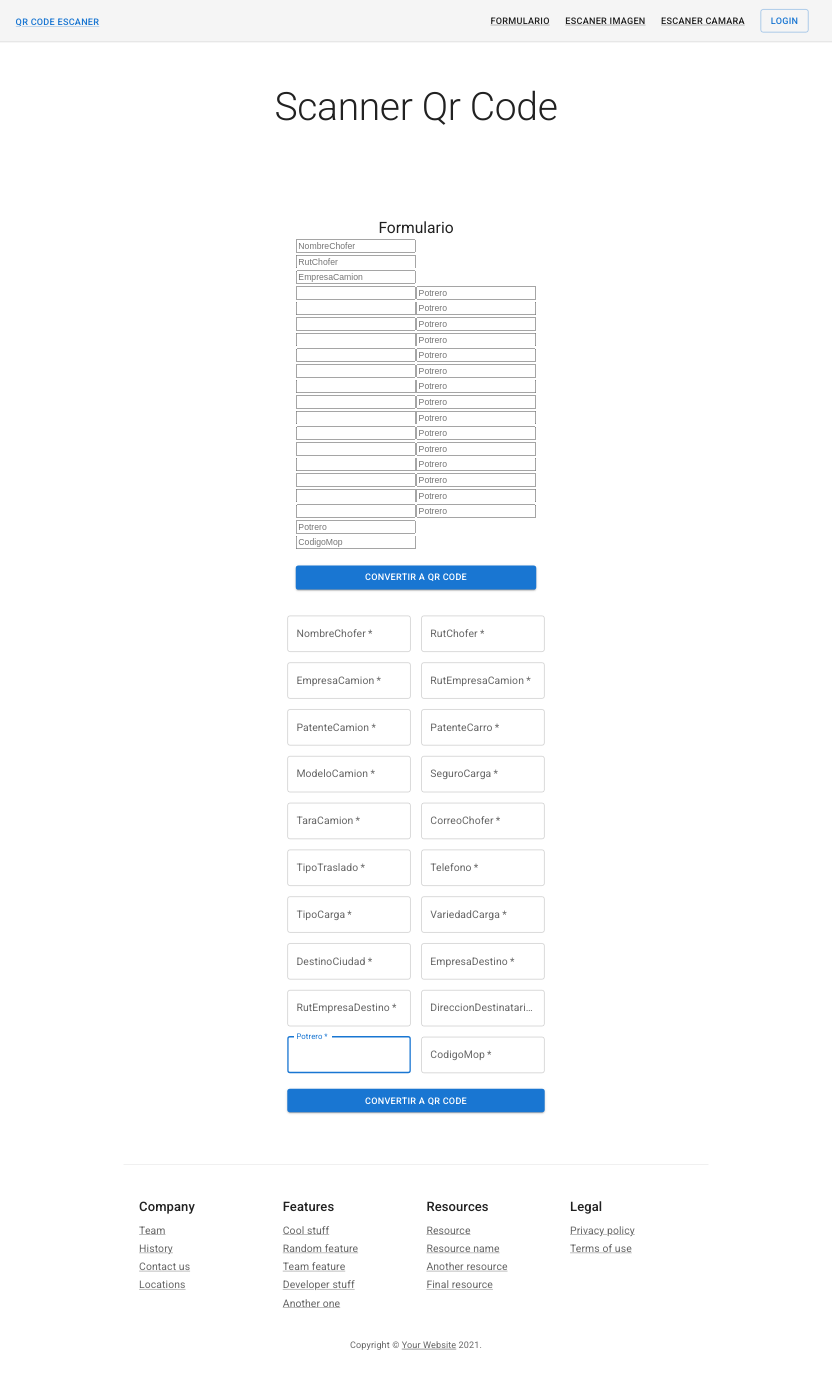
Repository: FlamesAlejandro/QrCodeForm
Page: /form
An editor plug-in stored every save of this project. The page is shown before and after a run of saves, followed by the edit.
The browser window is 1280 px wide. The pictures show the whole page, at 65% of full size.
The project was rebuilt for these pictures with package versions that can differ from the ones it lists, and the page was loaded fresh each time. Also part of the build but not shown: src/App.css, src/components/pages/ImagenEscaner.js, src/components/pages/CamaraEscaner.js, src/components/pages/Home.js.

Above is the page before, as saved 2021-10-24 07:52:10.

### src/App.js
import './App.css';
import { AppRouter } from './routers/AppRouter';

function App() {
  return (
    <>
      <AppRouter />
    </>
  );
}

export default App;

### src/components/ui/MainFooter.js
import React from 'react'
import Grid from '@mui/material/Grid';
import Typography from '@mui/material/Typography';
import Link from '@mui/material/Link';

function Copyright(props) {
    return (
      <Typography variant="body2" color="text.secondary" align="center" {...props}>
        {'Copyright © '}
        <Link color="inherit" href="https://mui.com/">
          Your Website
        </Link>{' '}
        {new Date().getFullYear()}
        {'.'}
      </Typography>
    );
  }

  const footers = [
    {
      title: 'Company',
      description: ['Team', 'History', 'Contact us', 'Locations'],
    },
    {
      title: 'Features',
      description: [
        'Cool stuff',
        'Random feature',
        'Team feature',
        'Developer stuff',
        'Another one',
      ],
    },
    {
      title: 'Resources',
      description: ['Resource', 'Resource name', 'Another resource', 'Final resource'],
    },
    {
      title: 'Legal',
      description: ['Privacy policy', 'Terms of use'],
    },
  ];

export const MainFooter = () => {

    return (
        <>
            <Grid container spacing={4} justifyContent="space-evenly">
                {footers.map((footer) => (
                    <Grid item xs={6} sm={3} key={footer.title}>
                    <Typography variant="h6" color="text.primary" gutterBottom>
                        {footer.title}
                    </Typography>
                    <ul>
                        {footer.description.map((item) => (
                        <li key={item}>
                            <Link href="#" variant="subtitle1" color="text.secondary">
                            {item}
                            </Link>
                        </li>
                        ))}
                    </ul>
                    </Grid>
                ))}
            </Grid>
            <Copyright sx={{ mt: 5 }} />
        </>
    )
}

### src/components/pages/Form.js
import React, { useState } from 'react'
import Button from '@mui/material/Button';
import CssBaseline from '@mui/material/CssBaseline';
import TextField from '@mui/material/TextField';
import Grid from '@mui/material/Grid';
import Box from '@mui/material/Box';
import Typography from '@mui/material/Typography';
import Container from '@mui/material/Container';
import QRCode from 'qrcode';
import { useForm } from "react-hook-form";

export const Form = () => {

    const [imgUrl, setImgUrl] = useState('');

    const { register, handleSubmit, formState: { errors } } = useForm();
    const onSubmit = data => console.log(data);
    console.log(errors);

    const generarQrCode = async(event) => {
        try {
            event.preventDefault();
            const data = new FormData(event.currentTarget);
            const response = await QRCode.toDataURL(data);
            setImgUrl(response);

        } catch (error) {
          console.log(error);
        }
    }

    return (
        <>
            <Container component="main" maxWidth="xs">
                <CssBaseline />
                <Box
                sx={{
                    marginTop: 8,
                    display: 'flex',
                    flexDirection: 'column',
                    alignItems: 'center',
                }}
                >
                <Typography component="h1" variant="h5">
                    Formulario
                </Typography>

                <form onSubmit={handleSubmit(onSubmit)}>
                <Grid item xs={12} sm={6}>
                        <input type="text" placeholder="NombreChofer" {...register("NombreChofer", {})} />
                    </Grid>
                    <Grid item xs={12} sm={6}>
                        <input type="text" placeholder="RutChofer" {...register("RutChofer", {})} />
                    </Grid>
                    <Grid item xs={12} sm={6}>
                        <input type="text" placeholder="EmpresaCamion" {...register("EmpresaCamion", {})} />
                    </Grid>
                    <Grid item xs={12} sm={6}>
                        <input
                        required
                        fullWidth
                        id="RutEmpresaCamion"
                        label="RutEmpresaCamion"
                        name="RutEmpresaCamion"
                        autoComplete="RutEmpresaCamion"
                        />
                        <input type="text" placeholder="Potrero" {...register("Potrero", {})} />
                    </Grid>
                    <Grid item xs={12} sm={6}>
                        <input
                        autoComplete="PatenteCamion"
                        name="PatenteCamion"
                        required
                        fullWidth
                        id="PatenteCamion"
                        label="PatenteCamion"
                        autoFocus
                        />
                        <input type="text" placeholder="Potrero" {...register("Potrero", {})} />
                    </Grid>
                    <Grid item xs={12} sm={6}>
                        <input
                        required
                        fullWidth
                        id="PatenteCarro"
                        label="PatenteCarro"
                        name="PatenteCarro"
                        autoComplete="PatenteCarro"
                        />
                        <input type="text" placeholder="Potrero" {...register("Potrero", {})} />
                    </Grid>
                    <Grid item xs={12} sm={6}>
                        <input
                        autoComplete="ModeloCamion"
                        name="ModeloCamion"
                        required
                        fullWidth
                        id="ModeloCamion"
                        label="ModeloCamion"
                        autoFocus
                        />
                        <input type="text" placeholder="Potrero" {...register("Potrero", {})} />
                    </Grid>
                    <Grid item xs={12} sm={6}>
                        <input
                        required
                        fullWidth
                        id="SeguroCarga"
                        label="SeguroCarga"
                        name="SeguroCarga"
                        autoComplete="SeguroCarga"
                        />
                        <input type="text" placeholder="Potrero" {...register("Potrero", {})} />
                    </Grid>
                    <Grid item xs={12} sm={6}>
                        <input
                        autoComplete="TaraCamion"
                        name="TaraCamion"
                        required
                        fullWidth
                        id="TaraCamion"
                        label="TaraCamion"
                        autoFocus
                        />
                        <input type="text" placeholder="Potrero" {...register("Potrero", {})} />
                    </Grid>
                    <Grid item xs={12} sm={6}>
                        <input
                        required
                        fullWidth
                        id="CorreoChofer"
                        label="CorreoChofer"
                        name="CorreoChofer"
                        autoComplete="CorreoChofer"
                        />
                        <input type="text" placeholder="Potrero" {...register("Potrero", {})} />
                    </Grid>
                    <Grid item xs={12} sm={6}>
                        <input
                        autoComplete="TipoTraslado"
                        name="TipoTraslado"
                        required
                        fullWidth
                        id="TipoTraslado"
                        label="TipoTraslado"
                        autoFocus
                        />
                        <input type="text" placeholder="Potrero" {...register("Potrero", {})} />
                    </Grid>
                    <Grid item xs={12} sm={6}>
                        <input
                        required
                        fullWidth
                        id="Telefono"
                        label="Telefono"
                        name="Telefono"
                        autoComplete="Telefono"
                        />
                        <input type="text" placeholder="Potrero" {...register("Potrero", {})} />
                    </Grid>
                    <Grid item xs={12} sm={6}>
                        <input
                        autoComplete="TipoCarga"
                        name="TipoCarga"
                        required
                        fullWidth
                        id="TipoCarga"
                        label="TipoCarga"
                        autoFocus
                        />
                        <input type="text" placeholder="Potrero" {...register("Potrero", {})} />
                    </Grid>
                    <Grid item xs={12} sm={6}>
                        <input
                        required
                        fullWidth
                        id="VariedadCarga"
                        label="VariedadCarga"
                        name="VariedadCarga"
                        autoComplete="VariedadCarga"
                        />
                        <input type="text" placeholder="Potrero" {...register("Potrero", {})} />
                    </Grid>
                    <Grid item xs={12} sm={6}>
                        <input
                        autoComplete="DestinoCiudad"
                        name="DestinoCiudad"
                        required
                        fullWidth
                        id="DestinoCiudad"
                        label="DestinoCiudad"
                        autoFocus
                        />
                        <input type="text" placeholder="Potrero" {...register("Potrero", {})} />
                    </Grid>
                    <Grid item xs={12} sm={6}>
                        <input
                        required
                        fullWidth
                        id="EmpresaDestino"
                        label="EmpresaDestino"
                        name="EmpresaDestino"
                        autoComplete="EmpresaDestino"
                        />
                        <input type="text" placeholder="Potrero" {...register("Potrero", {})} />
                    </Grid>
                    <Grid item xs={12} sm={6}>
                        <input
                        autoComplete="RutEmpresaDestino"
                        name="RutEmpresaDestino"
                        required
                        fullWidth
                        id="RutEmpresaDestino"
                        label="RutEmpresaDestino"
                        autoFocus
                        />
                        <input type="text" placeholder="Potrero" {...register("Potrero", {})} />
                    </Grid>
                    <Grid item xs={12} sm={6}>
                        <input
                        required
                        fullWidth
                        id="DireccionDestinatario"
                        label="DireccionDestinatario"
                        name="DireccionDestinatario"
                        autoComplete="DireccionDestinatario"
                        />
                        <input type="text" placeholder="Potrero" {...register("Potrero", {})} />
                    </Grid>
                    <Grid item xs={12} sm={6}>
                        <input type="text" placeholder="Potrero" {...register("Potrero", {})} />
                    </Grid>
                    <Grid item xs={12} sm={6}>
                        <input type="text" placeholder="CodigoMop" {...register("CodigoMop", {})} />
                    </Grid>
                    <Button
                        type="submit"
                        fullWidth
                        variant="contained"
                        sx={{ mt: 3, mb: 2 }}
                    >
                    Convertir a QR CODE
                    </Button>
                </form>

                <Box component="form" noValidate onSubmit={generarQrCode} sx={{ mt: 3 }}>
                    <Grid container spacing={2}>
                    <Grid item xs={12} sm={6}>
                        <TextField
                        autoComplete="NombreChofer"
                        name="NombreChofer"
                        required
                        fullWidth
                        id="NombreChofer"
                        label="NombreChofer"
                        autoFocus
                        />
                    </Grid>
                    <Grid item xs={12} sm={6}>
                        <TextField
                        required
                        fullWidth
                        id="RutChofer"
                        label="RutChofer"
                        name="RutChofer"
                        autoComplete="RutChofer"
                        />
                    </Grid>
                    <Grid item xs={12} sm={6}>
                        <TextField
                        autoComplete="EmpresaCamion"
                        name="EmpresaCamion"
                        required
                        fullWidth
                        id="EmpresaCamion"
                        label="EmpresaCamion"
                        autoFocus
                        />
                    </Grid>
                    <Grid item xs={12} sm={6}>
                        <TextField
                        required
                        fullWidth
                        id="RutEmpresaCamion"
                        label="RutEmpresaCamion"
                        name="RutEmpresaCamion"
                        autoComplete="RutEmpresaCamion"
                        />
                    </Grid>
                    <Grid item xs={12} sm={6}>
                        <TextField
                        autoComplete="PatenteCamion"
                        name="PatenteCamion"
                        required
                        fullWidth
                        id="PatenteCamion"
                        label="PatenteCamion"
                        autoFocus
                        />
                    </Grid>
                    <Grid item xs={12} sm={6}>
                        <TextField
                        required
                        fullWidth
                        id="PatenteCarro"
                        label="PatenteCarro"
                        name="PatenteCarro"
                        autoComplete="PatenteCarro"
                        />
                    </Grid>
                    <Grid item xs={12} sm={6}>
                        <TextField
                        autoComplete="ModeloCamion"
                        name="ModeloCamion"
                        required
                        fullWidth
                        id="ModeloCamion"
                        label="ModeloCamion"
                        autoFocus
                        />
                    </Grid>
                    <Grid item xs={12} sm={6}>
                        <TextField
                        required
                        fullWidth
                        id="SeguroCarga"
                        label="SeguroCarga"
                        name="SeguroCarga"
                        autoComplete="SeguroCarga"
                        />
                    </Grid>
                    <Grid item xs={12} sm={6}>
                        <TextField
                        autoComplete="TaraCamion"
                        name="TaraCamion"
                        required
                        fullWidth
                        id="TaraCamion"
                        label="TaraCamion"
                        autoFocus
                        />
                    </Grid>
                    <Grid item xs={12} sm={6}>
                        <TextField
                        required
                        fullWidth
                        id="CorreoChofer"
                        label="CorreoChofer"
                        name="CorreoChofer"
                        autoComplete="CorreoChofer"
                        />
                    </Grid>
                    <Grid item xs={12} sm={6}>
                        <TextField
                        autoComplete="TipoTraslado"
                        name="TipoTraslado"
                        required
                        fullWidth
                        id="TipoTraslado"
                        label="TipoTraslado"
                        autoFocus
                        />
                    </Grid>
                    <Grid item xs={12} sm={6}>
                        <TextField
                        required
                        fullWidth
                        id="Telefono"
                        label="Telefono"
                        name="Telefono"
                        autoComplete="Telefono"
                        />
                    </Grid>
                    <Grid item xs={12} sm={6}>
                        <TextField
                        autoComplete="TipoCarga"
                        name="TipoCarga"
                        required
                        fullWidth
                        id="TipoCarga"
                        label="TipoCarga"
                        autoFocus
                        />
                    </Grid>
                    <Grid item xs={12} sm={6}>
                        <TextField
                        required
                        fullWidth
                        id="VariedadCarga"
                        label="VariedadCarga"
                        name="VariedadCarga"
                        autoComplete="VariedadCarga"
                        />
                    </Grid>
                    <Grid item xs={12} sm={6}>
                        <TextField
                        autoComplete="DestinoCiudad"
                        name="DestinoCiudad"
                        required
                        fullWidth
                        id="DestinoCiudad"
                        label="DestinoCiudad"
                        autoFocus
                        />
                    </Grid>
                    <Grid item xs={12} sm={6}>
                        <TextField
                        required
                        fullWidth
                        id="EmpresaDestino"
                        label="EmpresaDestino"
                        name="EmpresaDestino"
                        autoComplete="EmpresaDestino"
                        />
                    </Grid>
                    <Grid item xs={12} sm={6}>
                        <TextField
                        autoComplete="RutEmpresaDestino"
                        name="RutEmpresaDestino"
                        required
                        fullWidth
                        id="RutEmpresaDestino"
                        label="RutEmpresaDestino"
                        autoFocus
                        />
                    </Grid>
                    <Grid item xs={12} sm={6}>
                        <TextField
                        required
                        fullWidth
                        id="DireccionDestinatario"
                        label="DireccionDestinatario"
                        name="DireccionDestinatario"
                        autoComplete="DireccionDestinatario"
                        />
                    </Grid>
                    <Grid item xs={12} sm={6}>
                        <TextField
                        autoComplete="Potrero"
                        name="Potrero"
                        required
                        fullWidth
                        id="Potrero"
                        label="Potrero"
                        autoFocus
                        />
                    </Grid>
                    <Grid item xs={12} sm={6}>
                        <TextField
                        required
                        fullWidth
                        id="CodigoMop"
                        label="CodigoMop"
                        name="CodigoMop"
                        autoComplete="CodigoMop"
                        />
                    </Grid>
                    </Grid>
                    <Button
                        type="submit"
                        fullWidth
                        variant="contained"
                        sx={{ mt: 3, mb: 2 }}
                    >
                    Convertir a QR CODE
                    </Button>
                </Box>
                </Box>
                {imgUrl ? (
                    <a href={imgUrl} download>
                        <img src={imgUrl} alt="img" />
                    </a>)
                : null}
            </Container>
        </>
    )
}

Loaded but not shown: public/index.html (common file); src/index.js (common file); src/index.css (common file); src/reportWebVitals.js (common file); src/routers/AppRouter.js (67 lines, source omitted); src/components/ui/MainNavbar.js (58 lines, source omitted)

After the next 2 saves:
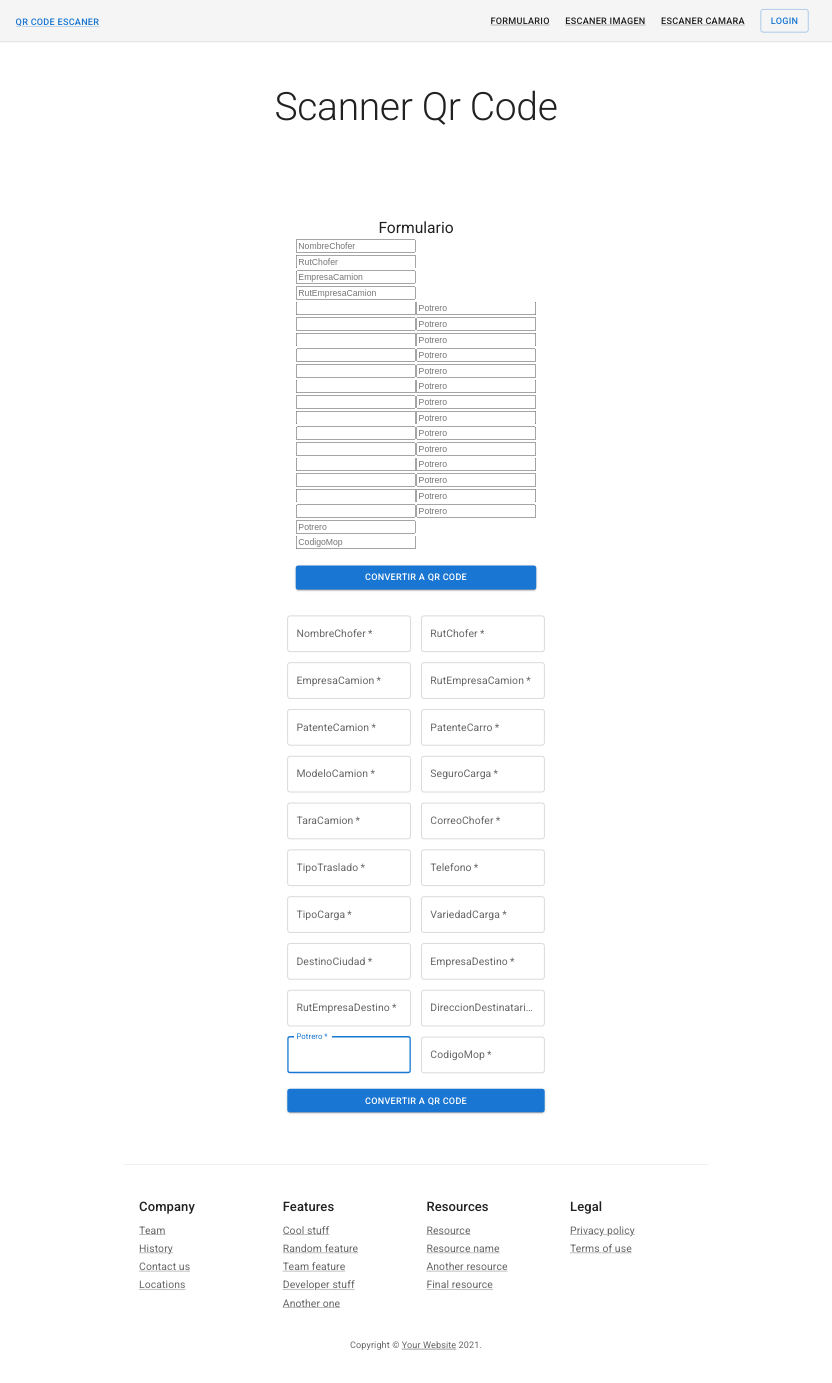
The 2 saves are shown as one change because they came seconds apart.
The last was saved 6 s later.
--- a/src/components/pages/Form.js
+++ b/src/components/pages/Form.js
@@ -56,15 +56,7 @@ export const Form = () => {
                         <input type="text" placeholder="EmpresaCamion" {...register("EmpresaCamion", {})} />
                     </Grid>
                     <Grid item xs={12} sm={6}>
-                        <input
-                        required
-                        fullWidth
-                        id="RutEmpresaCamion"
-                        label="RutEmpresaCamion"
-                        name="RutEmpresaCamion"
-                        autoComplete="RutEmpresaCamion"
-                        />
-                        <input type="text" placeholder="Potrero" {...register("Potrero", {})} />
+                        <input type="text" placeholder="RutEmpresaCamion" {...register("RutEmpresaCamion", {})} />
                     </Grid>
                     <Grid item xs={12} sm={6}>
                         <input
